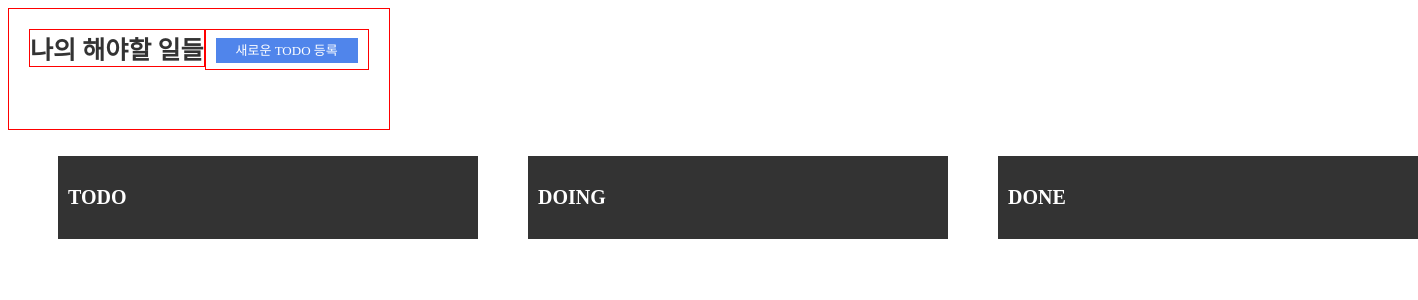
Repository: estellechoi/jsp-project-todo
Page: http://localhost/todo/MainServlet
These files come from the project's save history. The page is drawn as it stood at one moment and after the next save; the edit follows.
The browser window is 1280 px wide. The page is 1418 px wide, so the pictures cover 1418 px, including what lies to the right of the window. The pictures show the whole page.
The page is served by Tomcat 9. Other server files are loaded and not shown. Queries for data that is not in the repository find no rows.

Above is the page before, as saved 2019-12-08 08:08:33.

### todo/src/main/webapp/jsp/main.jsp
<%@page import="kr.co.todo.dto.TodoDto"%>
<%@page import="java.util.List"%>
<%@ page language="java" contentType="text/html; charset=UTF-8"
    pageEncoding="UTF-8"%>
<%@ taglib prefix="c" uri="http://java.sun.com/jsp/jstl/core" %>

<!DOCTYPE html>
<html>
<head>
<meta charset="UTF-8">
<title>나의 해야할 일들</title>
<style>
	section {
		display: flex;
	}

	ul {
		margin-left: 10px;
	}

	li {
		list-style-type: none;
		margin-top: 10px;
	}

	header {
  		height: 80px;
 		padding: 20px 20px 20px 20px;
		border: 1px solid red;
		display: inline-block;
		vertical-align: middle;
	}

	#header_logo {
		color: #333333;
		font-weight: bold;
		font-size: 25px;
		float: left;
		border: 1px solid red;
	}

	#header_btns {
		float: right;
		padding: 10px;
		border: 1px solid red;
	}

	#header_btns > #btn_skyblue_white {
		background: #5085EB;
		color: white;
		padding: 5px 20px;
		text-decoration: none;
		font-size: 13px;
	}

	.type_columns {
		width: 400px;
		padding: 30px 10px;
		background: #333333;
		color: white;
		font-size: 20px;
		font-weight: bold;
	}

	.content_list {
		position: relative;
		width: 400px;
		padding: 20px 10px;
		background: #d2d2d2;
		color: #333333;
	}

	.title {
		font-weight: bold;
		letter-spacing: 2px;
	}

	.content {
		font-size: 13px;
		margin-top: 20px;
	}
	.btn_update {
		position: absolute;
		top: 50px;
		left: 370px;
		text-decoration: none;
		color: #333333;
		font-weight: bold;
	}
	.btn_delete {
		position: absolute;
		top: 50px;
		left: 370px;
		text-decoration: none;
		color: #ED6653;
		font-weight: bold;
	}

</style>
</head>
<body>
	<header>
		<div id="header_logo">나의 해야할 일들</div>
		<nav id="header_btns">
			<a id="btn_skyblue_white" href="TodoFormServlet">새로운 TODO 등록</a>
		</nav>
	</header>
	<!-- section 시작  -->
	<section>
		<!-- TODO -->
		<ul id="todo">
			<li class="type_columns">TODO</li>
			<c:forEach items="${requestScope.getTodos}" var="todoDto">
				<!-- todoDto.type 이 'TODO' 인 것만 출력 -->
				<c:if test="${todoDto.type eq 'TODO'}">
					<li class="content_list" id="${todoDto.id}">
						<span class="title">${todoDto.title}</span> <br />
						<span class="content">등록날짜 : ${todoDto.regDate}, ${todoDto.name}, 우선순위 ${todoDto.sequence}</span>
						<a class="btn_update" href="javascript:updateType('${todoDto.id}', '${todoDto.type}')">변경</a>
					</li>
				</c:if>
			</c:forEach>
		</ul>
		<!-- DOING -->
		<ul id="doing">
			<li class="type_columns">DOING</li>
			<c:forEach items="${requestScope.getTodos}" var="todoDto">
				<!-- 'DOING' 인 것만 출력 -->
				<c:if test="${todoDto.type eq 'DOING'}">
					<li class="content_list" id="${todoDto.id}">
						<span class="title">${todoDto.title}</span> <br />
						<span class="content">등록날짜 : ${todoDto.regDate}, ${todoDto.name}, 우선순위 ${todoDto.sequence}</span>
						<a class="btn_update" href="javascript:updateType('${todoDto.id}', '${todoDto.type}')">완료</a>
					</li>
				</c:if>
			</c:forEach>
		</ul>
		<!-- DONE -->
		<ul id="done">
			<li class="type_columns">DONE</li>
			<c:forEach items="${requestScope.getTodos}" var="todoDto">
				<!-- 'DONE' 인 것만 -->
				<c:if test="${todoDto.type eq 'DONE'}">
					<li class="content_list" id="${todoDto.id}">
						<span class="title">${todoDto.title}</span> <br />
						<span class="content">등록날짜 : ${todoDto.regDate}, ${todoDto.name}, 우선순위 ${todoDto.sequence}</span>
						<a class="btn_delete" href="javascript:updateType('${todoDto.id}', '${todoDto.type}')">지우기</a>
					</li>
				</c:if>
			</c:forEach>
		</ul>
	</section>
	<!-- js 경로를 찾을 때 ContextPath 넣지 않는 방법은 ? -->
	<script type="text/javascript" src="<%=request.getContextPath()%>/etc/updatelist.js"></script>
</body>
</html>

### todo/src/main/java/kr/co/todo/servlet/MainServlet.java
package kr.co.todo.servlet;

import java.io.IOException;
import java.sql.SQLException;
import java.util.List;

import javax.servlet.RequestDispatcher;
import javax.servlet.ServletException;
import javax.servlet.annotation.WebServlet;
import javax.servlet.http.HttpServlet;
import javax.servlet.http.HttpServletRequest;
import javax.servlet.http.HttpServletResponse;

import kr.co.todo.dao.TodoDao;
import kr.co.todo.dto.TodoDto;

@WebServlet("/MainServlet")
public class MainServlet extends HttpServlet {
	private static final long serialVersionUID = 1L;

	public MainServlet() {
		super();

	}

	protected void doGet(HttpServletRequest request, HttpServletResponse response)
			throws ServletException, IOException {

		TodoDao todoDao = new TodoDao();

		// 모든 레코드 조회
		List<TodoDto> list = todoDao.getTodos();
		request.setAttribute("getTodos", list);

		// main.jsp 로 포워드 하기
		RequestDispatcher requestDispatcher = request.getRequestDispatcher("/jsp/main.jsp");
		requestDispatcher.forward(request, response);

	}

}

### todo/src/main/java/kr/co/todo/dao/TodoDao.java
package kr.co.todo.dao;

import java.sql.Connection;
import java.sql.DriverManager;
import java.sql.PreparedStatement;
import java.sql.ResultSet;
import java.sql.SQLException;
import java.sql.Statement;
import java.util.ArrayList;
import java.util.List;

import kr.co.todo.dto.TodoDto;

public class TodoDao {

	String dbUrl = "jdbc:mysql://localhost:3306/youjin?useSSL=false&serverTimezone=UTC&autoReconnection=true";
	String dbUser = "estellechoi";
	String dbPwd = "yk0425";

	// Main.jsp 에 표시될 전체 toto 목록
	public List<TodoDto> getTodos() {

		// 드라이버 로드
		try {
			Class.forName("com.mysql.cj.jdbc.Driver");
		} catch (ClassNotFoundException e) {
			e.printStackTrace();
		}

		List<TodoDto> list = new ArrayList<TodoDto>();

		String sql = "select id, name, regdate, sequence, title, type from todo";

		try (Connection conn = DriverManager.getConnection(dbUrl, dbUser, dbPwd);
				Statement stmt = conn.createStatement()){

			try (ResultSet rs = stmt.executeQuery(sql)) {
				while (rs.next()) {
					TodoDto todoDto = new TodoDto(rs.getInt("id"), rs.getString("name"), rs.getString("regdate"), rs.getInt("sequence"), rs.getString("title"), rs.getString("type"));
					list.add(todoDto);
				}
			}
			catch (Exception e) {
				e.printStackTrace();
			}
		}
		catch (Exception e) {
			e.printStackTrace();
		}

		return list;
	}

	// 할 일 등록
	public int addTodo(TodoDto todoDto) {

		try {
			Class.forName("com.mysql.cj.jdbc.Driver");
		} catch (ClassNotFoundException e) {
			e.printStackTrace();
		}

		int insertCount = 0;
		String sql = "insert into todo(title, name, sequence, regdate) values(?,?,?, now())";

		try (Connection conn = DriverManager.getConnection(dbUrl, dbUser, dbPwd);
			PreparedStatement pstmt = conn.prepareStatement(sql)) {
				pstmt.setString(1, todoDto.getTitle());
				pstmt.setString(2, todoDto.getName());
				pstmt.setInt(3, todoDto.getSequence());
				insertCount = pstmt.executeUpdate(); // CREATE / DROP 관련 구문에서는 -1 을 반환
		}
		// what about nullpointerexception ?
		catch (SQLException e) {
			e.printStackTrace();
		}

		return insertCount;
	}

	public int updateTodo(TodoDto todoDto) {

		try {
			Class.forName("com.mysql.cj.jdbc.Driver");
		} catch (ClassNotFoundException e) {
			e.printStackTrace();
		}

		int updateCount = 0;
		String sql = "update todo set type = ? where id = ?";

		try (Connection conn = DriverManager.getConnection(dbUrl, dbUser, dbPwd);
				PreparedStatement pstmt = conn.prepareStatement(sql)){
			pstmt.setString(1, todoDto.getType());
			pstmt.setLong(2, todoDto.getId());
			updateCount = pstmt.executeUpdate();
		} catch (SQLException e) {
			e.printStackTrace();
		}

		return updateCount;
	}

	public int deleteTodo(long id) {
		try {
			Class.forName("com.mysql.cj.jdbc.Driver");
		} catch (ClassNotFoundException e) {
			e.printStackTrace();
		}

		int deleteCount =0;
		String sql = "delete from todo where id = " + id;

		try (Connection conn = DriverManager.getConnection(dbUrl, dbUser, dbPwd);
				Statement stmt = conn.createStatement()){
			deleteCount = stmt.executeUpdate(sql);
		}
		catch (SQLException e) {
			e.printStackTrace();
		}

		return deleteCount;
	}
}

### todo/src/main/webapp/etc/updatelist.js
/**
 *
 */

	function updateType(id, type) {

		var oReq = new XMLHttpRequest(); // oReq.UNSENT == 0

		// 이벤트 리스너 콜백함수 등록
		/*
		oReq.addEventListener("load", function() {
			if (this.responseText == "success") {
				// 프론트 처리
			}
		});
		*/

		// onreadystatechange 대신에 onload를 사용해도 됩니다. 요청 완료만 잡아내도 된다면요.
		oReq.onreadystatechange = function() {
			if (oReq.readyState == oReq.DONE) { // 요청이 완료되면 (oReq.DONE == 4)
				if (oReq.status == 200 || oReq.status == 201) {
					if (oReq.responseText == "success") {
						// responseText : 현재까지 읽은 응답의 전체 값을 반환
						// 프론트 처리
						alert(oReq.responseText);
						// 리스트 재정렬 함수 호출
						updateList(id, type);
					}
				}
				else {
					console.error(this.responseText);
				}
			}
		}

		oReq.open("GET", "TodoTypeServlet?id=" + id + "&type=" + type); // oReq.OPENED == 1
		oReq.send(); // oReq.HEADERS_RECEIVED (2) -> LOADING (3) -> DONE (4)
	}

	function updateList(id, type) {
		const targetList = document.getElementById(id);

		switch(type) {
		case "TODO" :
			document.querySelector("#todo").removeChild(targetList);
			document.querySelector("#doing").append(targetList);
			break;
		case "DOING" :
			document.querySelector("#doing").removeChild(targetList);
			document.querySelector("#done").append(targetList);
			break;
		case "DONE" :
			document.querySelector("#done").removeChild(targetList);
			break;
		default:
			break;

		}
	}

After the next save:
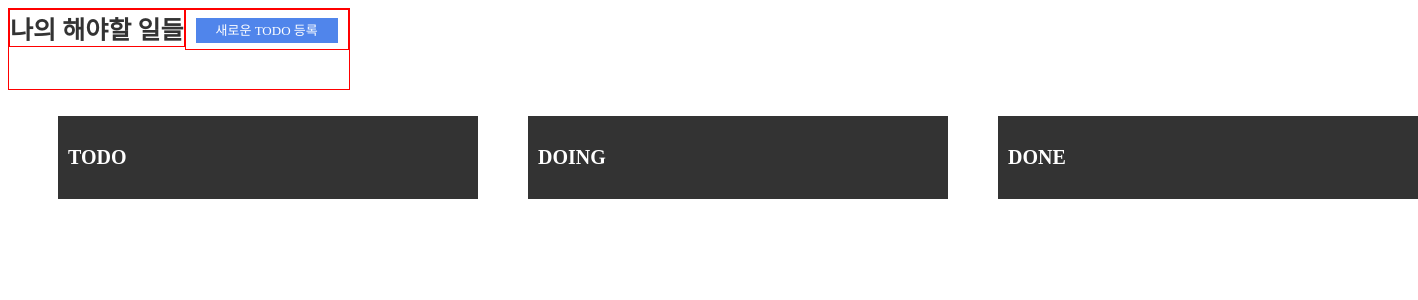
Saved 4 s later.
--- a/todo/src/main/webapp/jsp/main.jsp
+++ b/todo/src/main/webapp/jsp/main.jsp
@@ -25,7 +25,7 @@
 
 	header {
   		height: 80px;
- 		padding: 20px 20px 20px 20px;
+/*  		padding: 20px 20px 20px 20px; */
 		border: 1px solid red;
 		display: inline-block;
 		vertical-align: middle;
